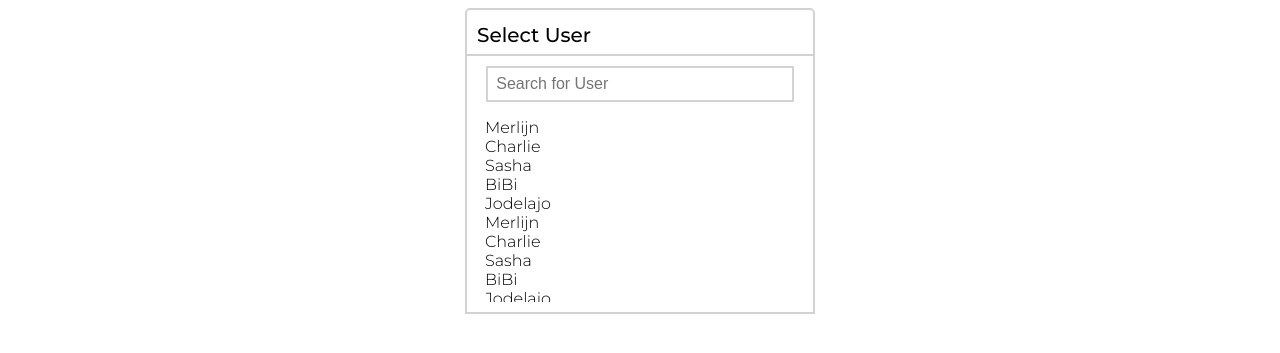
Repository: jodelajo/nuxt-filter-tutorial
Page: /
The author's editor kept a copy of each file at every save. The page is drawn from the files as they stood at one save, then again after the next save.
The browser window is 1280 px wide. The pictures show the whole page.
The project was rebuilt for these pictures with package versions that can differ from the ones it lists, and the page was loaded fresh each time. The framework's server and built-in components were replaced by stand-ins that run in the browser. Also part of the build but not shown: nuxt.config.js, components/NuxtLogo.vue, components/Tutorial.vue.

Above is the page before, as saved 2021-12-11 12:49:27.

### pages/index.vue
<template>
  <div class="container">
    <div class="dropdown-wrapper">
      <div class="selected-item">
        <span>Select User</span>
      </div>
      <div class="dropdown-popover">
        <input
          v-model="searchQuery"
          type="text"
          placeholder="Search for User"
        />
        <div class="options">
          <ul class="list">
            <li>Merlijn</li>
            <li>Charlie</li>
            <li>Sasha</li>
            <li>BiBi</li>
            <li>Jodelajo</li>
             <li>Merlijn</li>
            <li>Charlie</li>
            <li>Sasha</li>
            <li>BiBi</li>
            <li>Jodelajo</li>
          </ul>
        </div>
      </div>
    </div>
  </div>
</template>

<script>
export default {};
</script>

<style scoped>
@import url("https://fonts.googleapis.com/css2?family=Montserrat:wght@100;200;300;500;700;900&family=Readex+Pro:wght@300;500;700&display=swap");

body {
  width: 100vw;
  height: 100vh;
}
.container {
  display: flex;
  flex-direction: column;
  /* justify-content: center; */
  align-items: center;
  justify-content: center;
   font-family: "Montserrat", sans-serif;
   font-weight: 300;
   font-size: 16px;

}
.dropdown-wrapper {
  width: 350px;
  height: auto;
  /* max-width: 350px; */
  position: relative;
  display: flex;
  text-align: center;
  justify-content: center;
  margin: 0 auto;
}
.selected-item {
  height: 40px;
  width: 100%;
  border: 2px solid lightgray;
  border-radius: 5px;
  padding: 5px 10px;
  display: flex;
  justify-content: space-between;
  align-items: center;
  font-size: 20px;
  font-weight: 500;
}

.dropdown-popover{
  position: absolute;
  border: 2px solid lightgray;
  top: 46px;
  left: 0;
  right: 0;
  background-color: white;
  max-width: 100%;
  padding: 10px;
}
input {
  width: 90%;
  height: 30px;
  border: 2px solid lightgray;
  font-size: 16px;
  padding-left: 8px;

}
.options {
  width: 100%;
   overflow-y: scroll;
    max-height: 200px;

}
.list {
  list-style: none;
  text-align: left;
  padding-left: 8px;

}
</style>

After the next save:
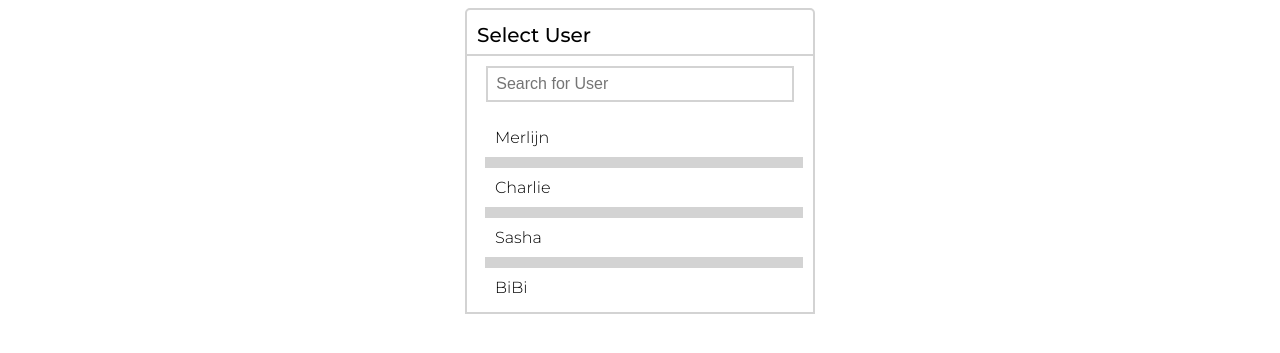
Saved 87 s later.
--- a/pages/index.vue
+++ b/pages/index.vue
@@ -104,4 +104,10 @@ input {
   padding-left: 8px;
 
 }
+.options li {
+  width: 100%;
+  border-bottom: 11px solid lightgray;
+  padding: 10px;
+
+}
 </style>
